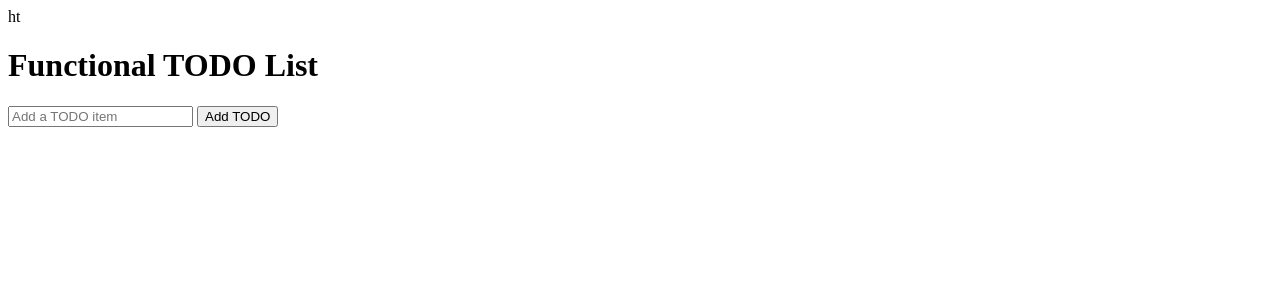
Repository: KingBoyMaylow/Assignment
Page: index.html
An editor plug-in stored every save of this project. The page is shown before and after the next save, followed by the edit.
The browser window is 1280 px wide. The pictures show the whole page.

Above is the page before, as saved 2024-04-30 12:37:16.

After the next save:
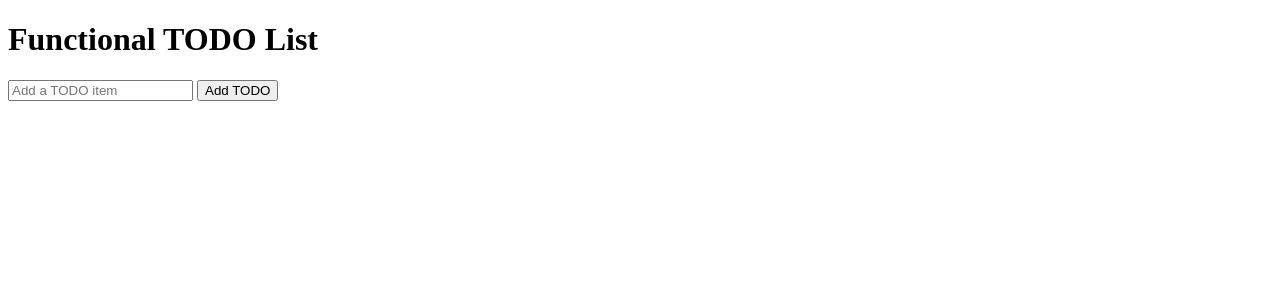
Saved 6 s later.
--- a/index.html
+++ b/index.html
@@ -1,7 +1,7 @@
 <!DOCTYPE html>
 <html lang="en">
 <head>
-<meta charset="UTF-8">ht
+<meta charset="UTF-8"><html></html>
 <meta name="viewport" content="width=device-width, initial-scale=1.0">
 <title>Functional TODO List</title>
 </head>

After the save that followed:
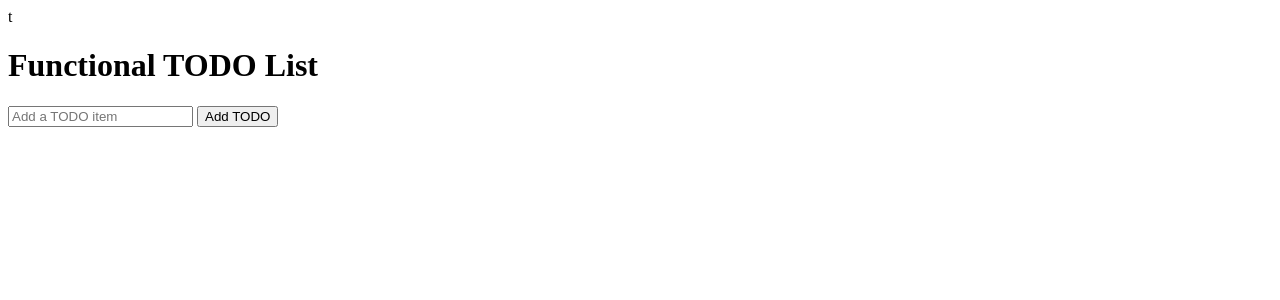
Saved 11 s later.
--- a/index.html
+++ b/index.html
@@ -1,7 +1,7 @@
 <!DOCTYPE html>
 <html lang="en">
 <head>
-<meta charset="UTF-8"><html></html>
+<meta charset="UTF-8"><html>t</html>
 <meta name="viewport" content="width=device-width, initial-scale=1.0">
 <title>Functional TODO List</title>
 </head>
